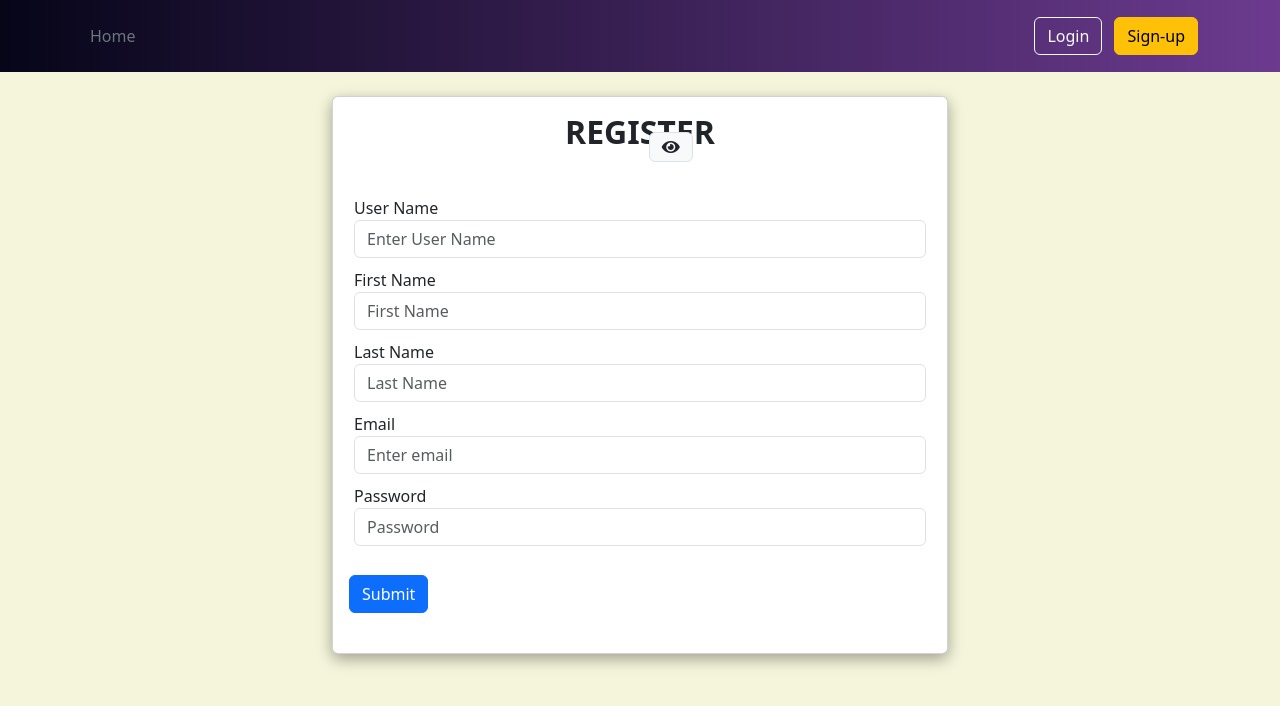
Repository: professorsourabh/php_membership
Page: http://localhost/assignment/
An editor plug-in stored every save of this project. The page is shown before and after the next save, followed by the edit.
The browser window is 1280 px wide. The pictures show the whole page.
Some web libraries are served in a nearby version. The page is run by PHP 8.4 with error messages shown; the project is at /var/www/html/.

Above is the page before, as saved 2023-07-09 15:35:29.

### index.php
<?php
session_start();
?>

<html lang="en">
<head>
    <meta charset="UTF-8">
    <meta name="viewport" content="width=device-width, initial-scale=1.0">
    <title>Assesment-Register</title>
    <link href="https://cdn.jsdelivr.net/npm/bootstrap@5.3.0/dist/css/bootstrap.min.css" rel="stylesheet" integrity="sha384-9ndCyUaIbzAi2FUVXJi0CjmCapSmO7SnpJef0486qhLnuZ2cdeRhO02iuK6FUUVM" crossorigin="anonymous">
    <link rel="stylesheet" href="https://cdnjs.cloudflare.com/ajax/libs/font-awesome/5.13.0/css/all.min.css">
    <link rel="stylesheet" href="index.css"></link>
</head>
<body>
    <header class="p-3 bg-dark text-white">
        <div class="container">
          <div class="d-flex flex-wrap align-items-center justify-content-center justify-content-lg-start">


            <ul class="nav col-12 col-lg-auto me-lg-auto mb-2 justify-content-center mb-md-0">
              <li><a href="#" class="nav-link px-2 text-secondary " >Home</a></li>

            </ul>

              <div class="text-end">
              <a type="button" class="btn btn-outline-light me-2" href="login.php">Login</a>
              <a type="button" class="btn btn-warning" href="index.php">Sign-up</a>
            </div>
          </div>
        </div>
      </header>
      <div class="container my-4 col-lg-6">
        <div class="card my-4" style="box-shadow: rgba(0, 0, 0, 0.35) 0px 5px 15px;">
            <div class="card-heading text-center my-3 mx-2">
                <h2 class="text-uppercase fw-bold">Register</h2>
            </div>
            <div class="card-body">
            <?php if (!empty($_SESSION['error_msg'])) { ?>
            <div class="error">
                <div class="alert alert-danger alert-dismissible fade show" role="alert">
                    <?php echo $_SESSION['error_msg']; ?>
                    <button type="button" class="btn-close" data-bs-dismiss="alert" aria-label="Close"></button>
                </div>
            </div>
            <?php
            unset($_SESSION['error_msg']);
        } ?>
         <?php if (!empty($_SESSION['success_msg'])) { ?>
            <div class="error">
                <div class="alert alert-success alert-dismissible fade show" role="alert">
                    <?php echo $_SESSION['success_msg']; ?>
                    <button type="button" class="btn-close" data-bs-dismiss="alert" aria-label="Close"></button>
                </div>
            </div>
            <?php
            unset($_SESSION['success_msg']);
        } ?>

        <form method="post" action="./controller/registerController.php">
            <div class="form-group">
                <label for="exampleInputusername">User Name</label>
                <input type="text" class="form-control" name="username" id="username" placeholder="Enter User Name">
              </div>

              <div class="form-group">
                <label for="exampleInputfirst_name">First Name</label>
                <input type="text" class="form-control" name="firstname" id="first_name" placeholder="First Name">
              </div>
              <div class="form-group">
                <label for="exampleInputlast_name">Last Name</label>
                <input type="text" name="lastname" class="form-control" id="last_name" placeholder="Last Name">
              </div>

            <div class="form-group">
              <label for="exampleInputEmail">Email</label>
              <input type="email" class="form-control" name="email" id="email"  placeholder="Enter email">

            </div>


              <div class="form-group">
                <label for="exampleInputPassword">Password</label>
                <input type="password" class="form-control" name="password" id="exampleInputPassword" placeholder="Password">
                <span class="input-group-text eye-icon" onclick="togglePasswordVisibility('password')">
                            <i class="fas fa-eye"></i>
                        </span>
              </div>


            <button type="submit" class="btn btn-primary my-4">Submit</button>
          </form>

            </div>
        </div>

    </div>







    <script src="https://cdn.jsdelivr.net/npm/bootstrap@5.3.0/dist/js/bootstrap.bundle.min.js" integrity="sha384-geWF76RCwLtnZ8qwWowPQNguL3RmwHVBC9FhGdlKrxdiJJigb/j/68SIy3Te4Bkz" crossorigin="anonymous"></script>
    <script src="./public/project.js">

       </script>
  </body>
</html>

### index.css
*{
    padding: 0;
    margin: 0;
}

body{

    background-color: beige;
}
header{
    background: rgb(5,4,24);
    background: linear-gradient(90deg, rgba(5,4,24,0.9557072829131653) 0%, rgba(134,66,179,0.7400210084033614) 100%);
}
.registration-part{

    padding: 50px;

}
.text-cente{
    text-align: center;
}
div.form-group{
    padding: 5px;
}

span.eye-icon {


    position: absolute;
    top: 9%;
    left: 55%;
    transform: translate(-50%, -50%);
}

### public/project.js
function togglePasswordVisibility(inputId) {
    var input = document.getElementById(inputId);
    if (input.type === "password") {
        input.type = "text";
    } else {
        input.type = "password";
    }
}

After the next save:
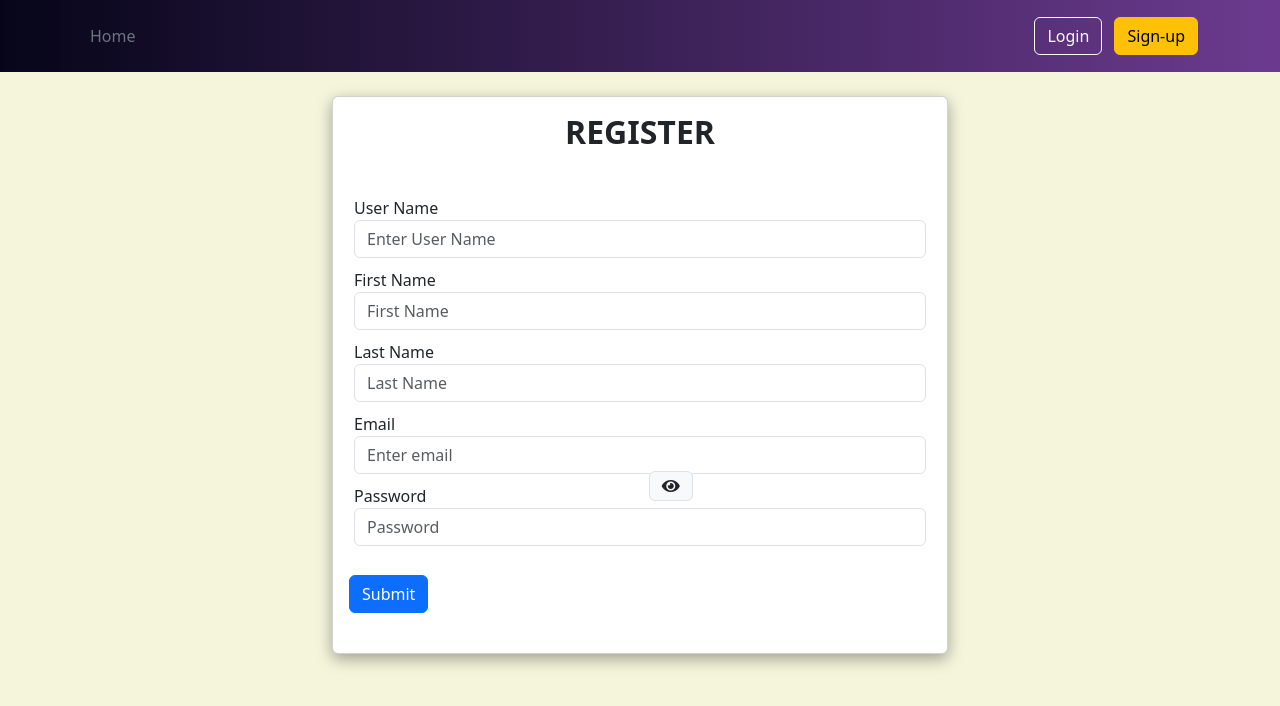
Saved 15 s later.
--- a/index.css
+++ b/index.css
@@ -27,7 +27,7 @@ span.eye-icon {
 
 
     position: absolute;
-    top: 9%;
+    top: 70%;
     left: 55%;
     transform: translate(-50%, -50%);
 }
